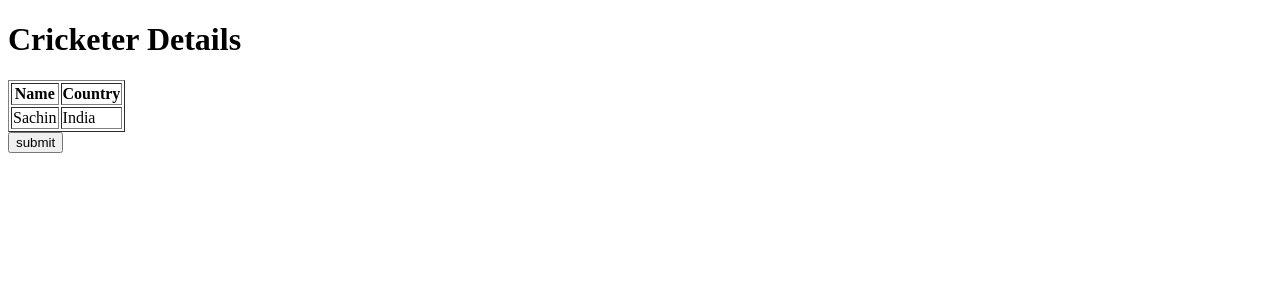
Repository: shiva94/MyProjects
Page: VerizonAjax/WebContent/AjaxJson.html
The author's editor kept a copy of each file at every save. The page is drawn from the files as they stood at one save, then again after the next save.
The browser window is 1280 px wide. The pictures show the whole page.

Above is the page before, as saved 2015-08-17 10:06:34.

### VerizonAjax/WebContent/AjaxJson.html

<!DOCTYPE html PUBLIC "-//W3C//DTD HTML 4.01 Transitional//EN" "http://www.w3.org/TR/html4/loose.dtd">
<html>
<head>
<meta http-equiv="Content-Type" content="text/html; charset=ISO-8859-1">
<title>Insert title here</title>
<script type="application/javascript">
function loadJSON()
{
	var data_file="Data.json";
	var http_request= new XMLHttpRequest();


	http_request.onreadystatechange= function()
	{
		if(http_request.readyState==4)
			{
		var jsonObj = JSON.parse(http_request.responseText);
			document.getElementById("Name").innerHTML= jsonObj.name;
			document.getElementById("Country").innerHTML= jsonObj.country;
			}
}
http_request.open("GET",data_file,true);
http_request.send();
}
</script>
</head>
<body>
<h1> Cricketer Details</h1>
<table border ="1">
<tr><th>Name</th><th>Country</th></tr>
<tr><td><div id="Name">Sachin</div></td>
<td><div id="Country">India</div></td></tr>
</table>
<div class="central">
<input type="button" value="submit" onClick="loadJSON()"/>
</div>
</body>
</html>

After the next save:
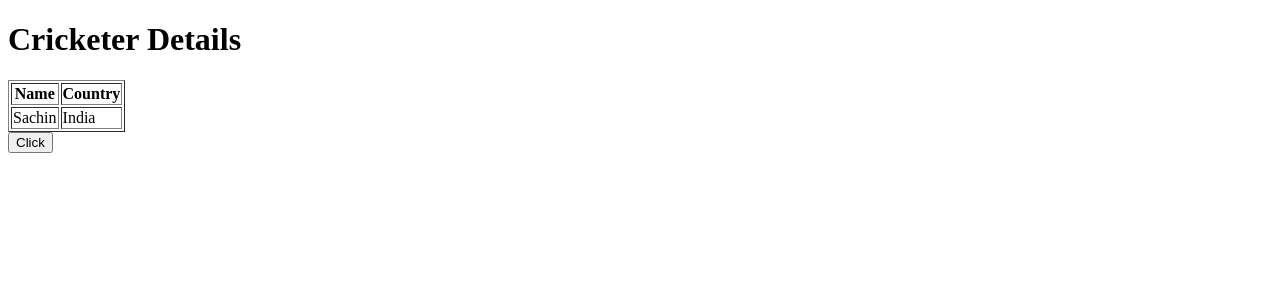
Saved 39 s later.
--- a/VerizonAjax/WebContent/AjaxJson.html
+++ b/VerizonAjax/WebContent/AjaxJson.html
@@ -33,7 +33,7 @@ http_request.send();
 <td><div id="Country">India</div></td></tr>
 </table>
 <div class="central">
-<input type="button" value="submit" onClick="loadJSON()"/>
+<button type="button" value="submit" onClick="loadJSON()">Click</button>
 </div>
 </body>
 </html>
